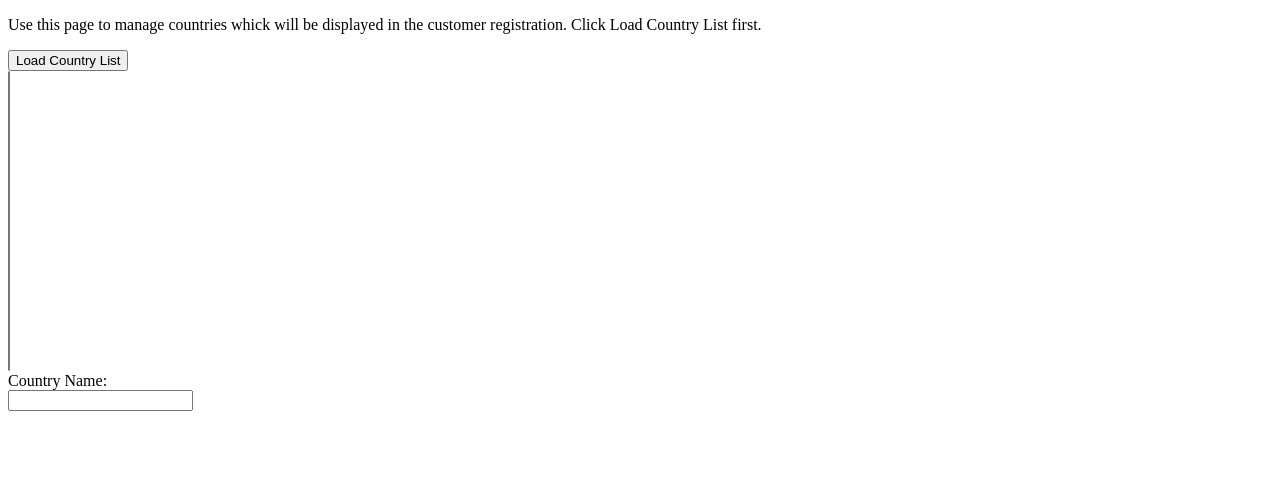
Repository: theAnh-js/Spring-Boot-E-commerce
Page: http://localhost/settings/states
The author's editor kept a copy of each file at every save. The page is drawn from the files as they stood at one save, then again after the next save.
The browser window is 1280 px wide. The pictures show the whole page.
The page is this project's Thymeleaf template; nobody is signed in. The template is opened directly, without the code that normally fills it, so the values that code supplies are empty.

Above is the page before, as saved 2024-02-15 04:07:58.

### ShopmeProject/ShopmeWebParent/ShopmeBackEnd/src/main/resources/templates/settings/states.html
<!DOCTYPE html>
<html xmlns:th="http://www.thymeleaf.org">
<body>
<div th:fragment = "content" th:remove="tag">
	<div>
		<p>
			Use this page to manage countries whick will be displayed in the customer registration.
			Click Load Country List first.
		</p>
	</div>
	<div>
		<input type="button" class="btn btn-primary m-2" value="Load Country List"/>
	</div>
	<div>
		<select class="form-control m-2" style="height: 300px" size="3">

		</select>
	</div>
	<div class="form-group row">
		<label class="col-form-label">Country Name:</label>
		<div class="col-md">
			<input type="text" class="form-control" id="fieldCountryName"/>
		</div>
	</div>

</div>
</body>
</html>

After the next save:
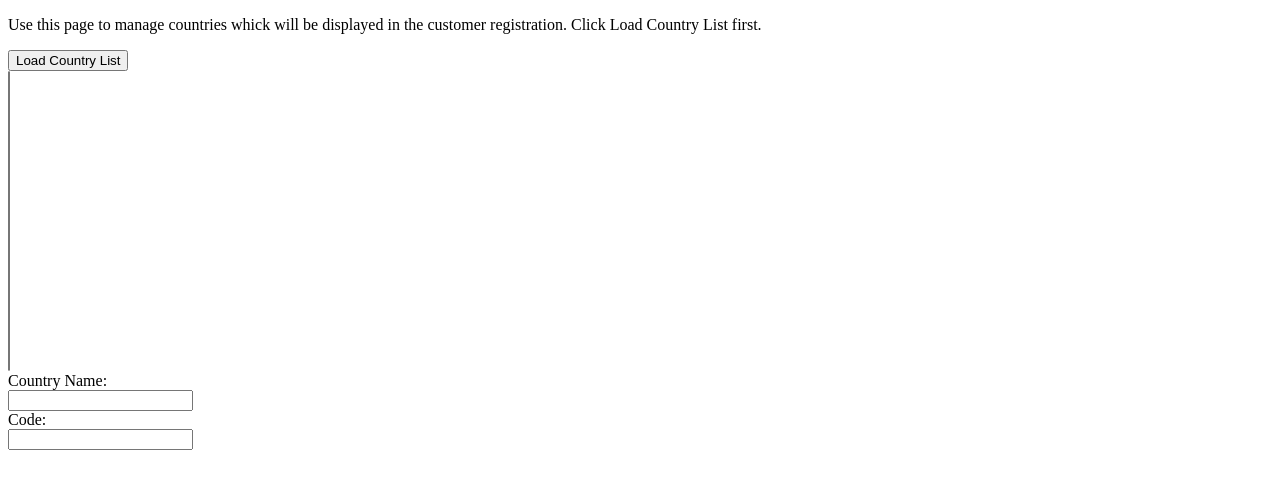
Saved 10 h 21 min later.
--- a/ShopmeProject/ShopmeWebParent/ShopmeBackEnd/src/main/resources/templates/settings/states.html
+++ b/ShopmeProject/ShopmeWebParent/ShopmeBackEnd/src/main/resources/templates/settings/states.html
@@ -21,6 +21,11 @@
 		<div class="col-md">
 			<input type="text" class="form-control" id="fieldCountryName"/>
 		</div>
+
+		<label class="col-form-label">Code:</label>
+		<div class="col-md">
+			<input type="text" class="form-control" id="fieldCountryCode"/>
+		</div>
 	</div>
 
 </div>
